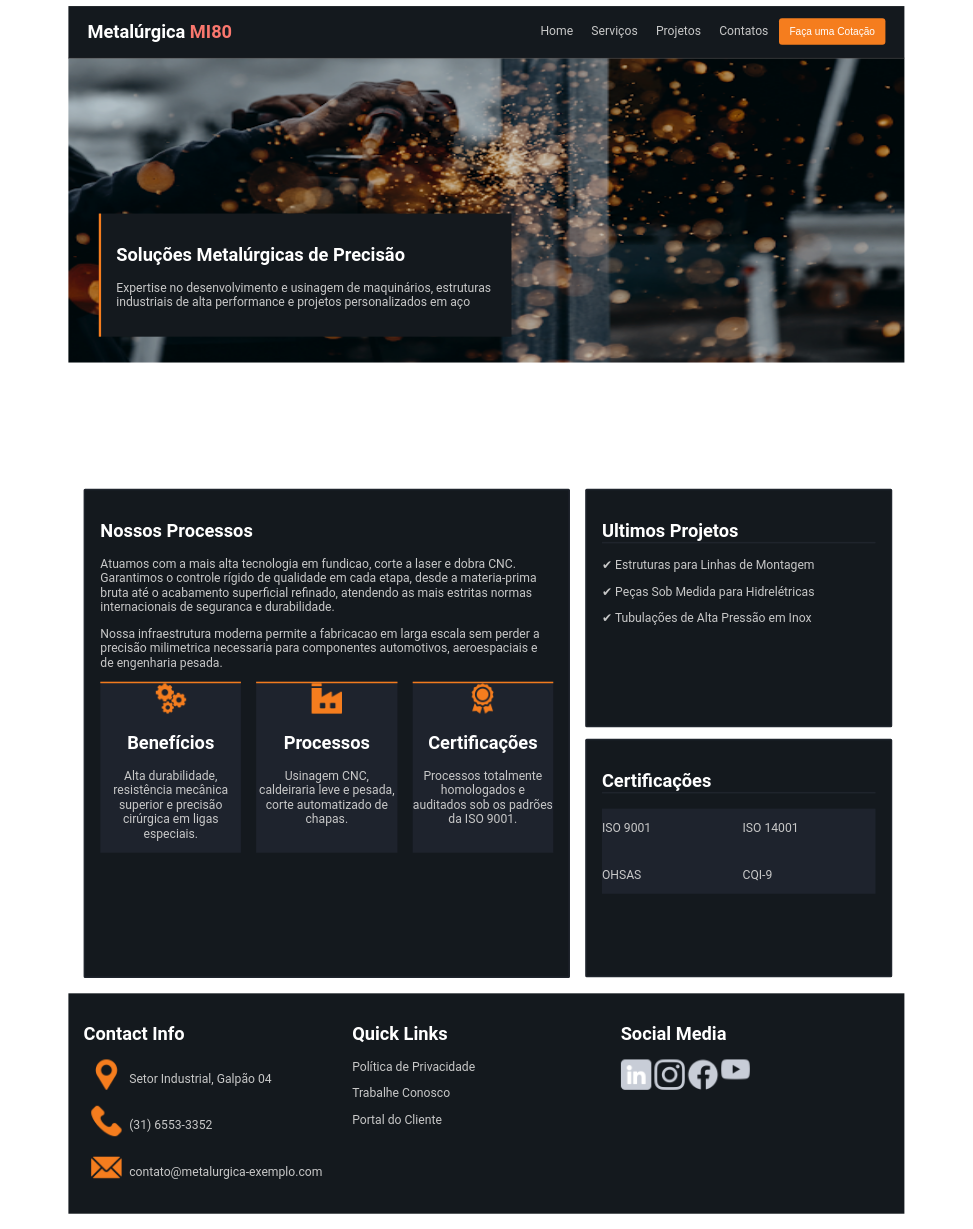
Repository: guiCherpinski/landing-page-metalurgica
Page: index.html
The author's editor kept a copy of each file at every save. The page is drawn from the files as they stood at one save, then again after the next save.
The browser window is 1280 px wide. The pictures show the whole page, at 76% of full size.

Above is the page before, as saved 2026-06-08 15:27:49.

After the next save:
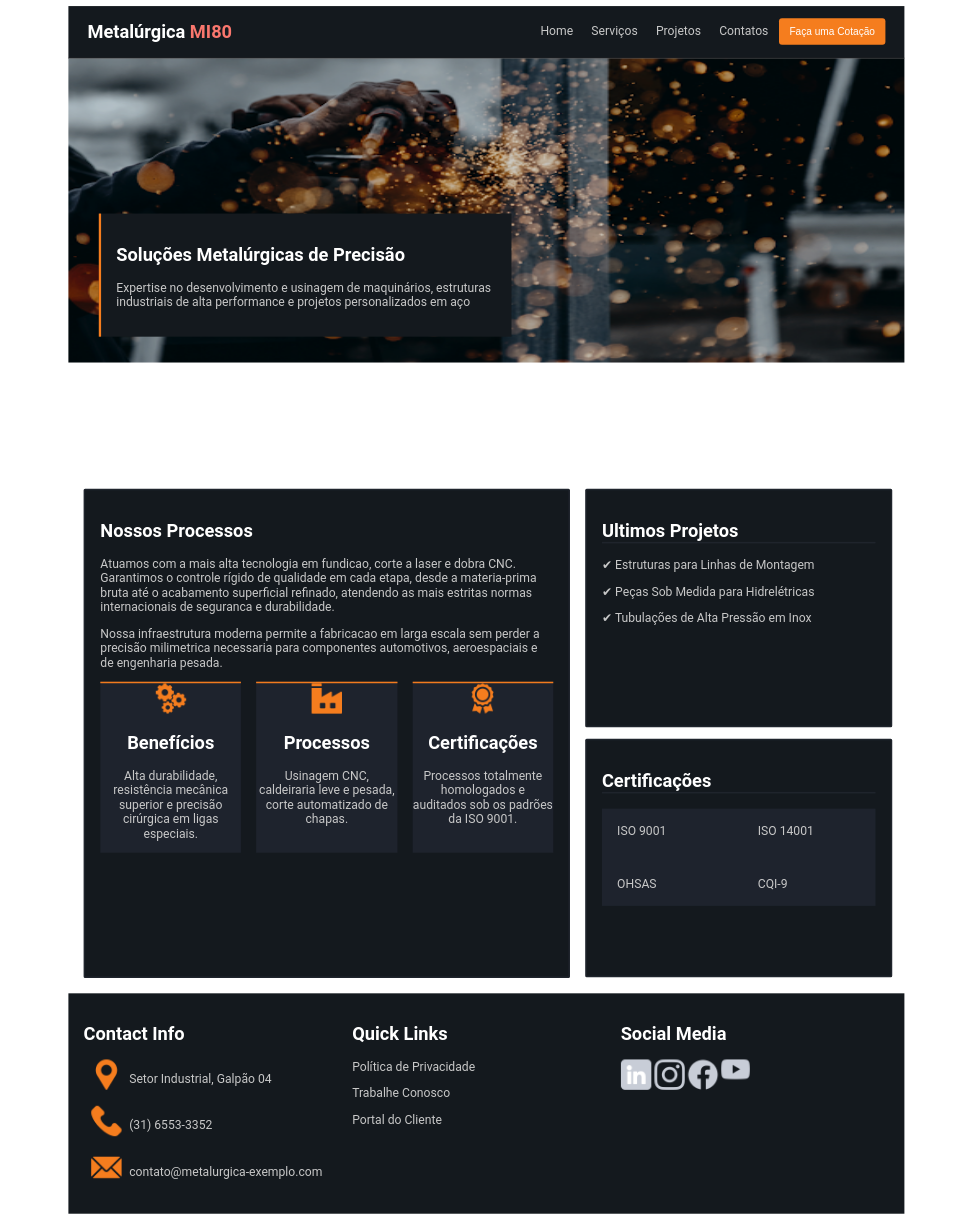
Saved 13 s later.
--- a/style.css
+++ b/style.css
@@ -201,5 +201,6 @@
 }
 
 .paragrafos p{
-
-}
+    padding: 10px;
+    margin: 10px;
+}

After the 2 saves that followed:
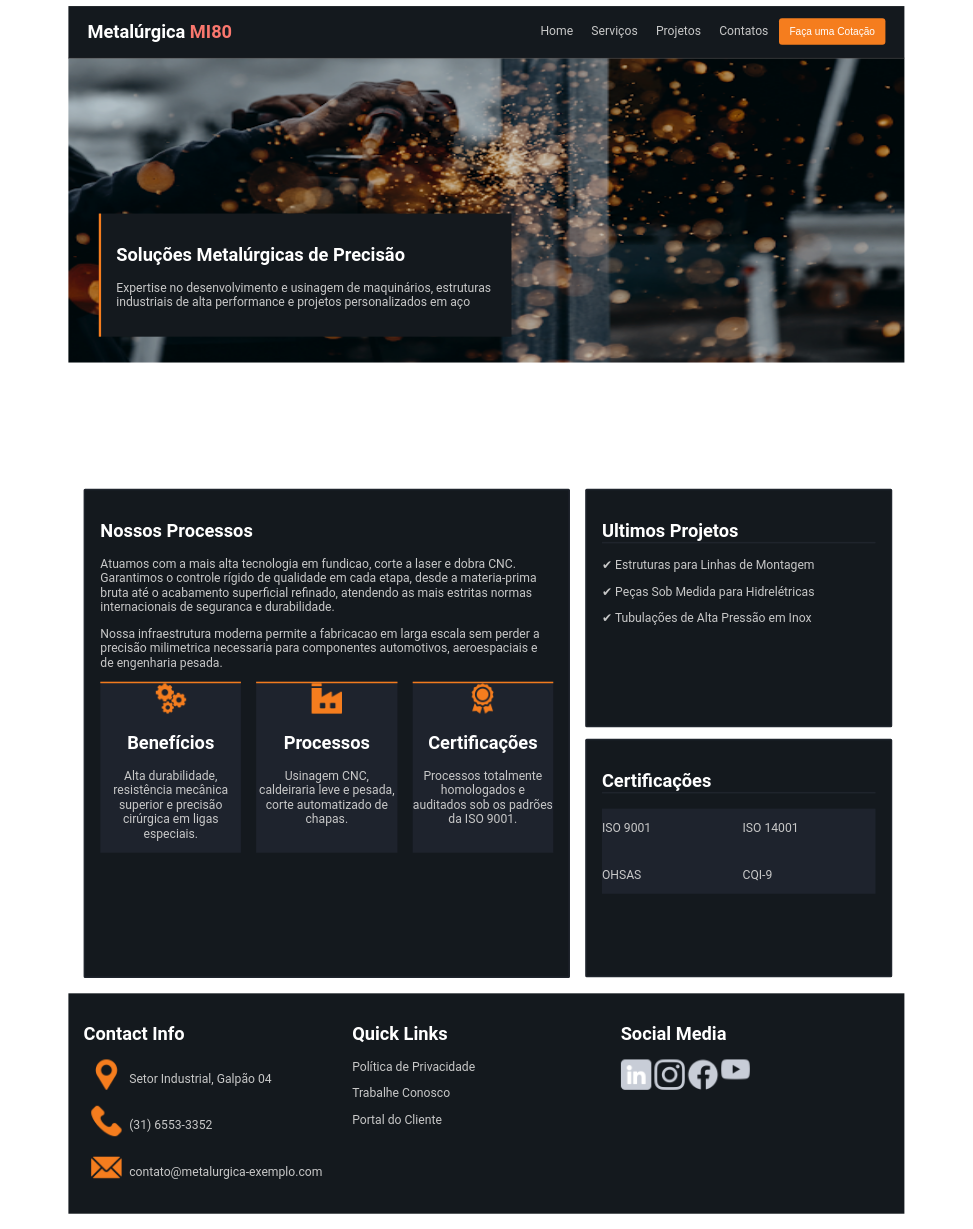
The 2 saves are shown as one change because they came seconds apart.
The last was saved 7 s later.
--- a/style.css
+++ b/style.css
@@ -201,6 +201,4 @@
 }
 
 .paragrafos p{
-    padding: 10px;
-    margin: 10px;
-}
+}
